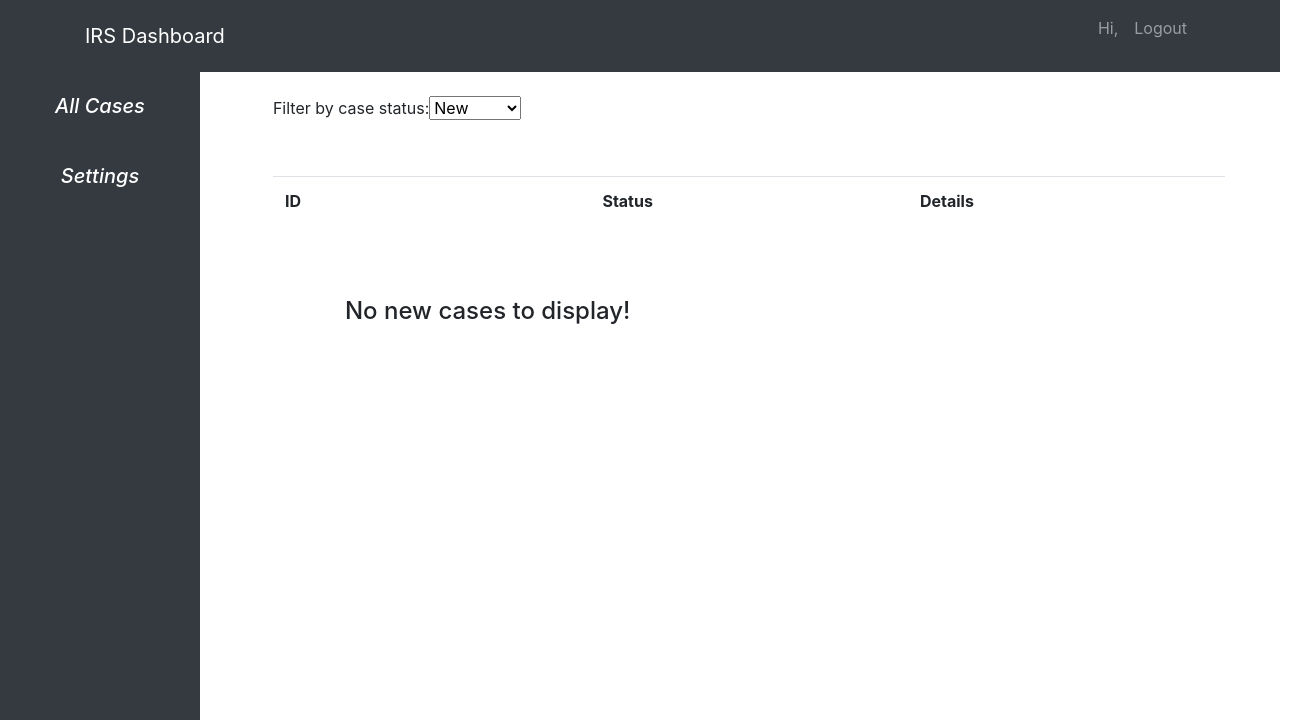
Repository: greeshmavyas/IRS_CS
Page: /AgentDashboard (app in AgentManagement/Frontend/)
An editor plug-in stored every save of this project. The page is shown before and after the next save, followed by the edit.
The browser window is 1280 px wide. The page is 1295 px wide, so the pictures cover 1295 px, including what lies to the right of the window. The pictures show the whole page.
Some web libraries are served in a nearby version. The project was rebuilt for these pictures with package versions that can differ from the ones it lists, and the page was loaded fresh each time. Also part of the build but not shown: AgentManagement/Frontend/src/components/NavbarLogin.js, AgentManagement/Frontend/src/components/login.js, AgentManagement/Frontend/src/components/updateProfile.js, AgentManagement/frontend/src/App.css.

Above is the page before, as saved 2020-11-05 23:45:27.

### AgentManagement/frontend/public/index.html
<!DOCTYPE html>
<html lang="en">
  <head>
    <meta charset="utf-8" />
    <link rel="icon" href="%PUBLIC_URL%/favicon.ico" />
    <meta name="viewport" content="width=device-width, initial-scale=1" />
    <meta name="theme-color" content="#000000" />
    <meta
      name="description"
      content="Web site created using create-react-app"
    />
    <link rel="apple-touch-icon" href="%PUBLIC_URL%/logo192.png" />
    <!--
      manifest.json provides metadata used when your web app is installed on a
      user's mobile device or desktop. See https://developers.google.com/web/fundamentals/web-app-manifest/
    -->
    <link rel="manifest" href="%PUBLIC_URL%/manifest.json" />
    <link rel="stylesheet" href="https://stackpath.bootstrapcdn.com/bootstrap/4.4.1/css/bootstrap.min.css"
      integrity="sha384-Vkoo8x4CGsO3+Hhxv8T/Q5PaXtkKtu6ug5TOeNV6gBiFeWPGFN9MuhOf23Q9Ifjh" crossorigin="anonymous">
    <script src="https://kit.fontawesome.com/db1fc867ad.js" crossorigin="anonymous"></script>
    <!--
      Notice the use of %PUBLIC_URL% in the tags above.
      It will be replaced with the URL of the `public` folder during the build.
      Only files inside the `public` folder can be referenced from the HTML.

      Unlike "/favicon.ico" or "favicon.ico", "%PUBLIC_URL%/favicon.ico" will
      work correctly both with client-side routing and a non-root public URL.
      Learn how to configure a non-root public URL by running `npm run build`.
    -->
    <title>React App</title>
  </head>
  <body>
    <noscript>You need to enable JavaScript to run this app.</noscript>
    <div id="root"></div>
    <script src="https://code.jquery.com/jquery-3.4.1.slim.min.js"
      integrity="sha384-J6qa4849blE2+poT4WnyKhv5vZF5SrPo0iEjwBvKU7imGFAV0wwj1yYfoRSJoZ+n" crossorigin="anonymous"></script>
    <script src="https://cdn.jsdelivr.net/npm/popper.js@1.16.0/dist/umd/popper.min.js"
      integrity="sha384-Q6E9RHvbIyZFJoft+2mJbHaEWldlvI9IOYy5n3zV9zzTtmI3UksdQRVvoxMfooAo" crossorigin="anonymous"></script>
    <script src="https://stackpath.bootstrapcdn.com/bootstrap/4.4.1/js/bootstrap.min.js"
      integrity="sha384-wfSDF2E50Y2D1uUdj0O3uMBJnjuUD4Ih7YwaYd1iqfktj0Uod8GCExl3Og8ifwB6" crossorigin="anonymous"></script>
    <!--
      This HTML file is a template.
      If you open it directly in the browser, you will see an empty page.

      You can add webfonts, meta tags, or analytics to this file.
      The build step will place the bundled scripts into the <body> tag.

      To begin the development, run `npm start` or `yarn start`.
      To create a production bundle, use `npm run build` or `yarn build`.
    -->
  </body>
</html>

### AgentManagement/Frontend/src/App.js
import React from 'react';
import { BrowserRouter } from 'react-router-dom';
import Main from "./Main"
import './App.css';

function App() {
  return (
    <div>
      <BrowserRouter>
        <Main />
      </BrowserRouter>
    </div>
  );
}

export default App;

### AgentManagement/Frontend/src/Main.js
import React, { Component } from 'react';
import { Route } from 'react-router-dom';
import login from './components/login';
import Dashboard from './components/Dashboard';
import updateProfile from './components/updateProfile';

 class Main extends Component {
    render() {
        return (
          <div>
            <Route exact path="/" component={login} />
            <Route exact path="/AgentDashboard" component={Dashboard} />
            <Route exact path="/updateProfile" component={updateProfile} />
          </div>
        );
    }
}

export default Main;

### AgentManagement/Frontend/src/components/Dashboard.js
import React, { Component } from 'react';
import axios from "axios";
import NavbarDash from "./NavbarDash";
import { Modal, ModalHeader, ModalBody, ModalFooter } from "reactstrap";
import Sidebar from './Sidebar'
import config from '../config/settings'
import Card from 'react-bootstrap/Card'
import Dropdown from 'react-bootstrap/Dropdown'
import Table from 'react-bootstrap/Table'

class Dashboard extends Component {
  constructor() {
    super();
    this.state = {
      allCases: {},
      viewcase: null,
      modal: false,
      mstatus: "open",
      flag: false
    };

  }

  showModal = () => {
    console.log("hello");
    this.setState({
      modal: !this.state.modal,
    });
  };
  showModal1 = (viewcase) => {
    console.log("hello1");
    this.setState({
      modal: !this.state.modal,
      viewcase: viewcase,
    });
  };

  handleStatusChange = (modalstatus) => {
    this.setState({
      mstatus: modalstatus
    })
  }

  async componentDidMount() {
    console.log("in get all cases frontend")

    let agentID = localStorage.getItem("agentID");
    let organisationID = localStorage.getItem("organisationID")
    let count = 0
    axios.defaults.withCredentials = true;
    if(agentID){
      count = count+1
      let data = {
        agentID: agentID,
        organisationID: organisationID
      };
      console.log("data is..")
      console.log(data);

      axios({
        method: 'get',
        url: 'http://' + config.hostname + ':' + config.backendPort + '/getCases',
        params: data,
      })
        .then((response) => {
          console.log("response from getCases")
          console.log(response)

          if (response.status === 200) {
            let receivedCases = response.data.cases;
            console.log("received cases")
            console.log(response.data.cases)
            if (receivedCases) {
              this.setState({ allCases: receivedCases, flag: true });
            } else {
              this.setState({ allCases: {} });
            }
          }
          else {
            this.setState({ allCases: {} });
          }

        })
        .catch(error => {
          console.log(error);
          this.setState({ allCases: {} })
        })
    }
    else if(count < 1){
      window.location.reload();
    }

  }

  render() {
    const closeBtn = (
      <button className="close" onClick={() => this.showModal()}>
        &times;
       </button>
    );
    var casedetails;
    if (this.state.flag) {
      casedetails = this.state.allCases.map((ticket) => {
        return (
          <div>
            <div onClick={() => this.showModal1(ticket)} >
                  <Table>
                    <tbody >
                      <tr >
                        <td style={{ width: '10rem' }}>{ticket.CaseID}</td>
                        <td style={{ width: '15rem' }}>{ticket.Status}</td>
                        <td style={{ width: '50rem' }}>{ticket.Information} </td>
                      </tr>
                    </tbody>
                  </Table>
            </div>
          </div>
        );
      });
    }
    return (
      <div>
        <NavbarDash />
        <div className="row">
          <div className="col-2">
            <Sidebar />
          </div>
          <div className="container col-9">
          <form action="/action_page.php">
            <label for="filters">Filter by case status:   </label>
              <select name="status" id="status">
                <option value="New">New</option>
                <option value="Open">Open</option>
                <option value="Resolved">Resolved</option>
                <option value="Pending">Pending</option>
              </select>
            <br></br>
            <br></br>
            <br></br>
          </form>
          <Table>
          <tr>
            <th style={{ width: '10rem' }}>ID</th>
            <th style={{ width: '10rem' }}>Status</th>
            <th style={{ width: '10rem' }}>Details</th>
          </tr>
          </Table>
          {this.state.allCases.length > 0 ? (
              <div className="col-10">
                {casedetails}
                {this.state.viewcase != null ? (
                  <Modal
                    isOpen={this.state.modal}
                    toggle={() => this.showModal()}
                    className="modal-popup-lg"
                    scrollable
                  >
                    <ModalHeader
                      toggle={() => this.showModal()}
                      close={closeBtn}
                    >
                      Case Details
                   </ModalHeader>
                    <ModalBody className="modal-body">
                      <div className=" row form-group">
                        <p className="font-weight col-7">
                          Information : {this.state.viewcase.Information}
                        </p>
                        <div className="col-3">
                          <button class="btn btn-success dropdown-toggle" type="button" id="dropdownMenuButton" data-toggle="dropdown" aria-haspopup="true" aria-expanded="false">
                            {this.state.mstatus}</button>
                          <div class="dropdown-menu" aria-labelledby="dropdownMenuButton">
                            <button onClick={() => this.handleStatusChange("Working")} class="dropdown-item" >Working</button>
                            <button onClick={() => this.handleStatusChange("Resolved")} class="dropdown-item" >Resolved</button>
                            <button onClick={() => this.handleStatusChange("Postponed")} class="dropdown-item" >Postponed</button>
                          </div>
                        </div>
                      </div>
                      <div className="form-group">
                        <p className="font-weight-bold">
                          Resolution Comments : {this.state.viewcase.ResolutionComments}
                        </p>

                      </div>

                    </ModalBody>
                    <ModalFooter>
                    </ModalFooter>
                  </Modal>
                ) : null}
              </div>
            ) : (
                <div>
                  <h4 style={{ margin: "3em" }}>No new cases to display!</h4>
                </div>
              )}
          </div>

        </div>
      </div>
    );
  }
}

export default Dashboard;

### AgentManagement/Frontend/src/config/settings.js
module.exports = {
    "hostname": "localhost",
    "backendPort": 3001,
    'frontendHostName': 'localhost',
    'frontendPort': 3000,
};

### AgentManagement/Frontend/src/components/NavbarDash.js
import React, { Component } from 'react';

class NavbarDash extends Component {

  handleLogout = () => {
    window.localStorage.clear();
  };

  render() {
    return (
      <nav className="navbar navbar-expand-sm navbar-dark bg-dark mb-4">
        <div className="container">
          <a className="navbar-brand" href="/AgentDashboard">
            IRS Dashboard
          </a>
          <button
            className="navbar-toggler"
            type="button"
            data-toggle="collapse"
            data-target="#mobile-nav"
          >
            <span className="navbar-toggler-icon"></span>
          </button>

          <div className="collapse navbar-collapse" id="mobile-nav">

            <ul className="navbar-nav ml-auto">
              <li className="nav-item">
                <p className="nav-link" >
                  Hi, {localStorage.getItem("firstname")}
                </p>
              </li>
              <li className="nav-item">
                <a className="nav-link" href="/" onClick={this.handleLogout}>
                  Logout
                </a>
              </li>
            </ul>
          </div>
        </div>
      </nav>
    );
  }
}

export default NavbarDash;

### AgentManagement/Frontend/src/components/Sidebar.js
import React from 'react';
import styled from 'styled-components';
import { BrowserRouter as Router, Route, Link, withRouter } from "react-router-dom";

const StyledSideNav = styled.div`
    position: fixed;     /* Fixed Sidebar (stay in place on scroll and position relative to viewport) */
    height: 100%;
    width: 200px;     /* Set the width of the sidebar */
    z-index: 1;      /* Stay on top of everything */
    top: 3.4em;      /* Stay at the top */
    background-color: #343a40; /* Black */
    overflow-x: hidden;     /* Disable horizontal scroll */
    padding-top: 40px;
    font-style: oblique;
`;

class SideNav extends React.Component {
    constructor(props) {
        super(props);
        this.state = {
            activePath: props.location.pathname,
            items: [
                {
                  path: '/AgentDashboard', /* path is used as id to check which NavItem is active basically */
                  name: 'All Cases',
                  key: 1 /* Key is required, else console throws error. Does this please you Mr. Browser?! */
                },
                {
                    path: '/updateProfile',
                    name: 'Settings',
                    key: 2
                  },
              ]
        }
    }

    onItemClick = (path) => {
        this.setState({ activePath: path });
    }

    render() {
        const { items, activePath } = this.state;
        return(
            <StyledSideNav>
                {
                    items.map((item) => {
                        return (
                            <NavItem
                                path={item.path}
                                name={item.name}
                                onItemClick={this.onItemClick}
                                active={item.path === activePath}
                                key={item.key}
                            />
                        );
                    })
                }
            </StyledSideNav>
        );
    }
}

const RouterSideNav = withRouter(SideNav);

const StyledNavItem = styled.div`
    height: 70px;
    width: 200px; /* width must be same size as NavBar to center */
    text-align: center; /* Aligns <a> inside of NavIcon div */
    margin-bottom: 0;   /* Puts space between NavItems */
    a {
        font-size: 2.7em;
        color: ${(props) => props.active ? "white" : "#FFFFFF"};
        :hover {
            opacity: 0.7;
            text-decoration: none; /* Gets rid of underlining of icons */
        }
    }
`;

class NavItem extends React.Component {
    handleClick = () => {
        const { path, onItemClick } = this.props;
        onItemClick(path);
    }

    render() {
        const { active } = this.props;
        return(

            <StyledNavItem active={active}>

                <Link to={this.props.path}   className={this.props.name} onClick={this.handleClick}>

                    <NavIcon> <h5 color = "#FFFFFF" >{this.props.name}</h5></NavIcon>
                </Link>
            </StyledNavItem>
        );
    }
}

const NavIcon = styled.div`
`;

export default class Sidebar extends React.Component {
    render() {
        return (
            <RouterSideNav></RouterSideNav>
        );
    }
}

Loaded but not shown: AgentManagement/Frontend/src/index.js (common file); AgentManagement/frontend/src/index.css (common file); AgentManagement/frontend/src/serviceWorker.js (common file)

After the next save:
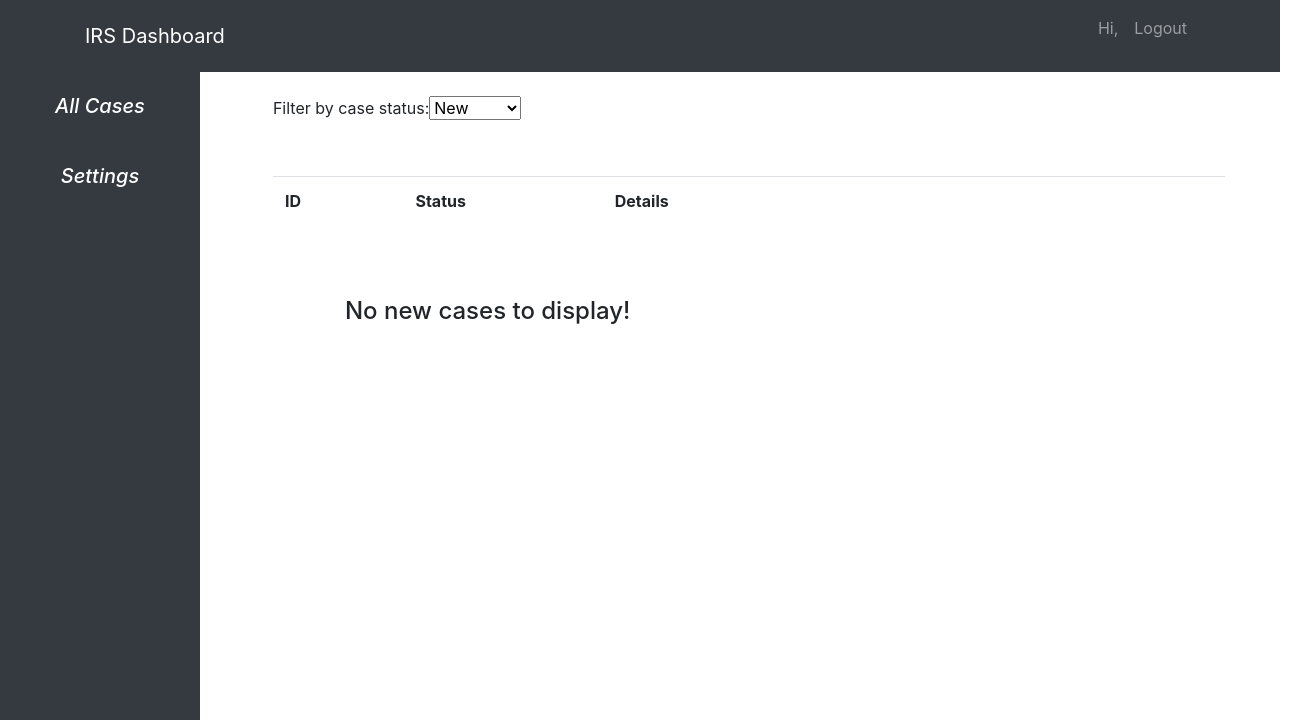
Saved 8 s later.
--- a/AgentManagement/Frontend/src/components/Dashboard.js
+++ b/AgentManagement/Frontend/src/components/Dashboard.js
@@ -141,8 +141,8 @@ class Dashboard extends Component {
           <Table>
           <tr>
             <th style={{ width: '10rem' }}>ID</th>
-            <th style={{ width: '10rem' }}>Status</th>
-            <th style={{ width: '10rem' }}>Details</th>
+            <th style={{ width: '15rem' }}>Status</th>
+            <th style={{ width: '50rem' }}>Details</th>
           </tr>
           </Table>
           {this.state.allCases.length > 0 ? (
